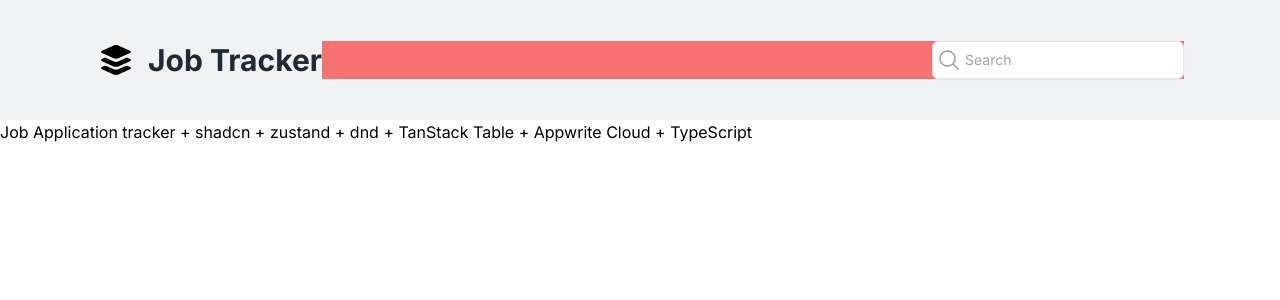
Repository: Vasil1001/job-applications-tracker-nextjs
Page: /
These files come from the project's save history. The page is drawn as it stood at one moment and after a run of saves; the edit follows.
The browser window is 1280 px wide. The pictures show the whole page.
The project was rebuilt for these pictures with package versions that can differ from the ones it lists, and the page was loaded fresh each time. The framework's server and built-in components were replaced by stand-ins that run in the browser. Also part of the build but not shown: next.config.js.

Above is the page before, as saved 2023-06-24 17:22:03.

### app/layout.tsx
import "./globals.css";
import { Inter } from "next/font/google";

const inter = Inter({ subsets: ["latin"] });

export const metadata = {
  title: "Job Tracker",
  description: "Generated by create next app",
};

export default function RootLayout({
  children,
}: {
  children: React.ReactNode;
}) {
  return (
    <html lang="en">
      <body suppressHydrationWarning={true} className={inter.className}>{children}</body>
    </html>
  );
}

### app/page.tsx
import Header from "@/components/Header";
import Image from "next/image";

export default function Home() {
  return (
    <main className="flex min-h-screen max-w-screen flex-col justify-between mx-auto">
      {/* Header Component */}
      <Header />

      {/* Board dnd Component */}

    </main>
  );
}

### components/Header.tsx
"use client";
import { Search } from "lucide-react";
import React from "react";
import SearchBar from "./navbar/SearchBar";
import { IoIosApps } from "react-icons/io";
import { RiSendPlaneLine } from "react-icons/ri";
import { BiNotepad } from "react-icons/bi";
import Image from "next/image";
import { MagnifyingGlassIcon, UserCircleIcon } from "@heroicons/react/24/solid";
import { FiUser } from "react-icons/fi";
import { HiMagnifyingGlass } from "react-icons/hi2";
import Navbar from "./navbar/Navbar";
import Avatar from "react-avatar";

export default function Header() {
  return (
    <header>
      <div className="flex flex-col md:flex-row items-center p-5 xl:p-10 xl:px-24 bg-gray-500/10">
        {/* <Navbar /> */}
        {/* <Image
          src="https://links.papareact.com/c2cdd5"
          alt="Logo"
          width={300}
          height={100}
          className="w-44 md:w-56 pb-10 md:pb-0 object-contain"
        /> */}
        {/* Logo */}
        <div className="flex items-center font-bold text-3xl">
          <IoIosApps size={40} className="mr-3" />
          <span className="text-gray-800">Job Tracker</span>

        </div>

        {/* Search input, button and profile */}
        <div className="flex items-center gap-3 justify-end bg-red-400 flex-1">
          <form className="flex items-center space-l-5 bg-white rounded-md p-1 border shadow-sm focus-visible:outline-none focus-visible:ring-1 focus:ring-gray-400 text-black bg-white border-gray-200 sm:text-sm rounded-md hover:border-gray-300 placeholder:text-gray-400 focus:placeholder:text-gray-500 flex-1 md:flex-initial">
            <HiMagnifyingGlass className="w-6 h-6 text-gray-400" />
            <input
              type="text"
              placeholder="Search"
              className="flex-1 outline-none p-1 "
            />
            <button hidden> Search</button>
          </form>


        </div>

        {/* <Avatar name="Vasilis Dzhakov" round color="#ffffff" size="50" fgColor='black' /> */}
        <div className="flex gap-3.5">
          {/* <SearchBar />
            <button className="py-2 px-4 flex-initial text-black border focus-visible:outline-none focus-visible:ring-1 focus:ring-gray-400 bg-white border-gray-200 sm:text-sm rounded-md hover:border-gray-300 ">
              User
            </button> */}
        </div>
      </div>
      <h1>
        Job Application tracker + shadcn + zustand + dnd + TanStack Table +
        Appwrite Cloud + TypeScript
      </h1>
    </header>
  );
}

Loaded but not shown: app/globals.css (common file); tailwind.config.js (common file)

After the next 3 saves:
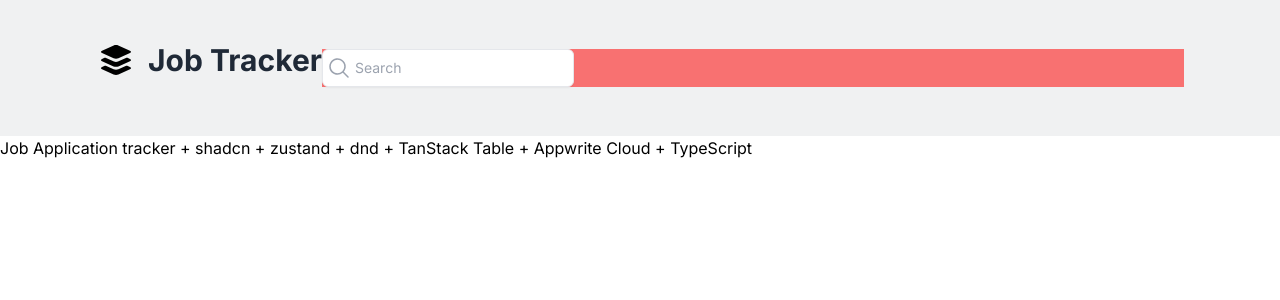
The 3 saves are shown as one change because they came seconds apart.
The last was saved 12 s later.
--- a/components/Header.tsx
+++ b/components/Header.tsx
@@ -25,14 +25,14 @@ export default function Header() {
           className="w-44 md:w-56 pb-10 md:pb-0 object-contain"
         /> */}
         {/* Logo */}
-        <div className="flex items-center font-bold text-3xl">
+        <div className="flex items-center font-bold text-3xl mb-4">
           <IoIosApps size={40} className="mr-3" />
           <span className="text-gray-800">Job Tracker</span>
 
         </div>
 
         {/* Search input, button and profile */}
-        <div className="flex items-center gap-3 justify-end bg-red-400 flex-1">
+        <div className="flex items-center gap-3 bg-red-400 flex-1">
           <form className="flex items-center space-l-5 bg-white rounded-md p-1 border shadow-sm focus-visible:outline-none focus-visible:ring-1 focus:ring-gray-400 text-black bg-white border-gray-200 sm:text-sm rounded-md hover:border-gray-300 placeholder:text-gray-400 focus:placeholder:text-gray-500 flex-1 md:flex-initial">
             <HiMagnifyingGlass className="w-6 h-6 text-gray-400" />
             <input
